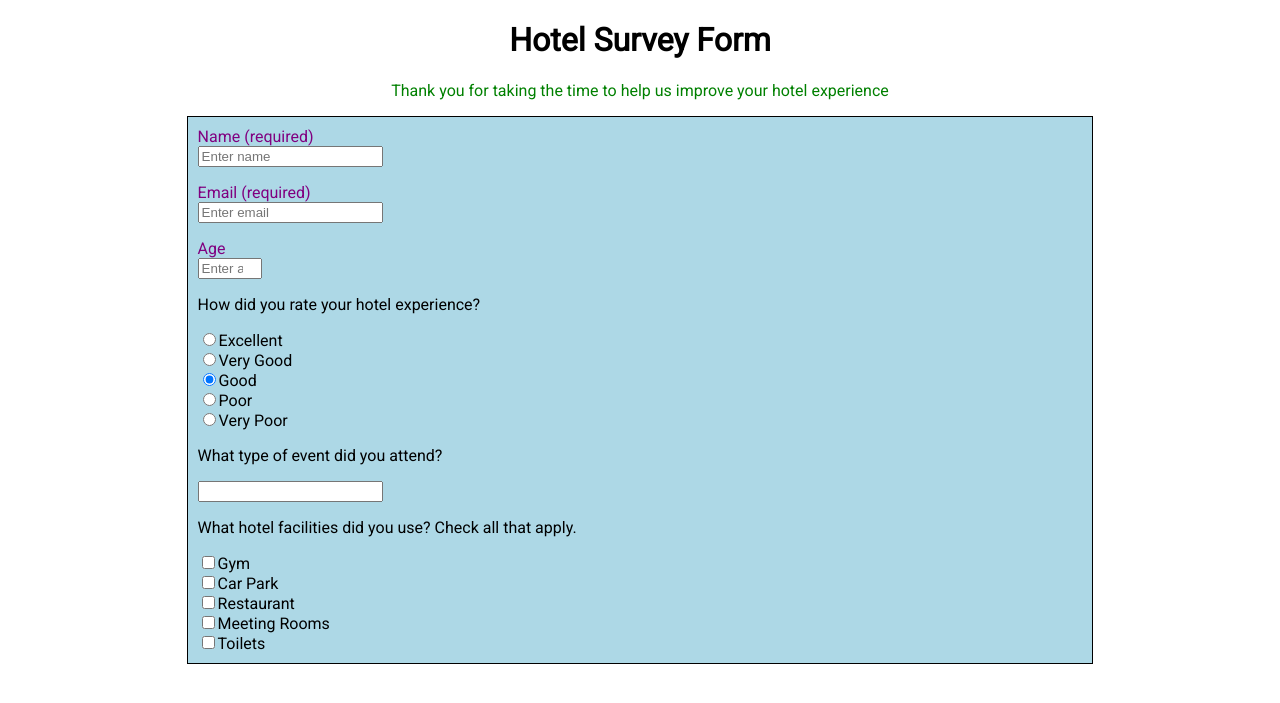
Repository: derektypist/survey-form
Page: index.html
The author's editor kept a record of every edit. The page is drawn from the files as they stood at one moment, then again after the next edit.
The browser window is 1280 px wide. The pictures show the whole page.

Above is the page before.

### index.html
<!DOCTYPE html>
<html lang="en">
<head>
    <meta charset="UTF-8">
    <meta name="viewport" content="width=device-width, initial-scale=1.0">
    <meta http-equiv="X-UA-Compatible" content="ie=edge">
    <title>Hotel Survey Form</title>
    <!-- Load Style Sheets -->
    <link href="https://fonts.googleapis.com/css?family=Roboto&display=swap" rel="stylesheet">
    <style>
        /* Title */
        #title {
            font-family: "Roboto", Arial, Verdana, sans-serif;
            text-align: center;
        }

        /* Description */
        #description {
            font-family: "Roboto", Arial, Verdana, sans-serif;
            text-align: center;
            color: green;
        }

        /* Survey Form */
        #survey-form {
            display: block;
            margin: auto;
            max-width: 70%;
            background-color: lightblue;
            font-family: "Roboto", Arial, Verdana, sans-serif;
            text-align: left;
            padding: 10px;
            border: 1px solid black;
        }

        #name-label {
            color: purple;
        }

        #email-label {
            color: purple;
        }

        #number-label {
            color: purple;
        }


    </style>
</head>
<body>
    <!-- Provide Title and Description -->
    <header>
        <h1 id="title">Hotel Survey Form</h1>
        <p id="description">Thank you for taking the time to help us improve your hotel experience</p>
    </header>

    <!-- Provide Survey Form -->
    <main>
        <section>
            <form id="survey-form">
                <!-- Set up Name Field -->
                <label for="name" id="name-label">Name (required)</label>
                <br>
                <input type="text" id="name" placeholder="Enter name" name="name" required />
                <p></p>

                <!-- Set up Email Field -->
                <label for="email" id="email-label">Email (required)</label>
                <br>
                <input type="email" id="email" placeholder="Enter email" name="email" required />
                <p></p>

                <!-- Set up Age (Number) Field -->
                <label for="number" id="number-label">Age</label>
                <br>
                <input type="number" id="number" placeholder="Enter age (years)" name="number" min="0" max="100">
                <br>

                <!-- Set up Radio Buttons with Default set to Good -->
                <p>How did you rate your hotel experience?</p>
                <input type="radio" name="experience" value="excellent">Excellent
                <br>
                <input type="radio" name="experience" value="verygood">Very Good
                <br>
                <input type="radio" name="experience" value="good" checked>Good
                <br>
                <input type="radio" name="experience" value="poor">Poor
                <br>
                <input type="radio" name="experience" value="verypoor">Very Poor
                <br>

                <!-- Set up Dropdown List (Datalist) -->
                <p>What type of event did you attend?</p>
                <input list="dropdown" name="eventtypes">
                <datalist id="dropdown">
                    <option value="Balls"></option>
                    <option value="City Breaks"></option>
                    <option value="Conferences"></option>
                    <option value="Exhibitions"></option>
                    <option value="Fairs"></option>
                    <option value="Sun Breaks"></option>
                    <option value="Weddings"></option>
                    <option value="Workshops"></option>
                </datalist>

                <!-- Set up Check Boxes -->
                <p>What hotel facilities did you use?  Check all that apply.</p>
                <input type="checkbox" name="facility1" value="Gym">Gym
                <br>
                <input type="checkbox" name="facility2" value="Car Park">Car Park
                <br>
                <input type="checkbox" name="facility3" value="Restaurant">Restaurant
                <br>
                <input type="checkbox" name="facility4" value="Meeting Rooms">Meeting Rooms
                <br>
                <input type="checkbox" name="facility5" value="Toilets">Toilets
                <br>


            </form>
        </section>
    </main>
</body>
</html>

After the next edit:
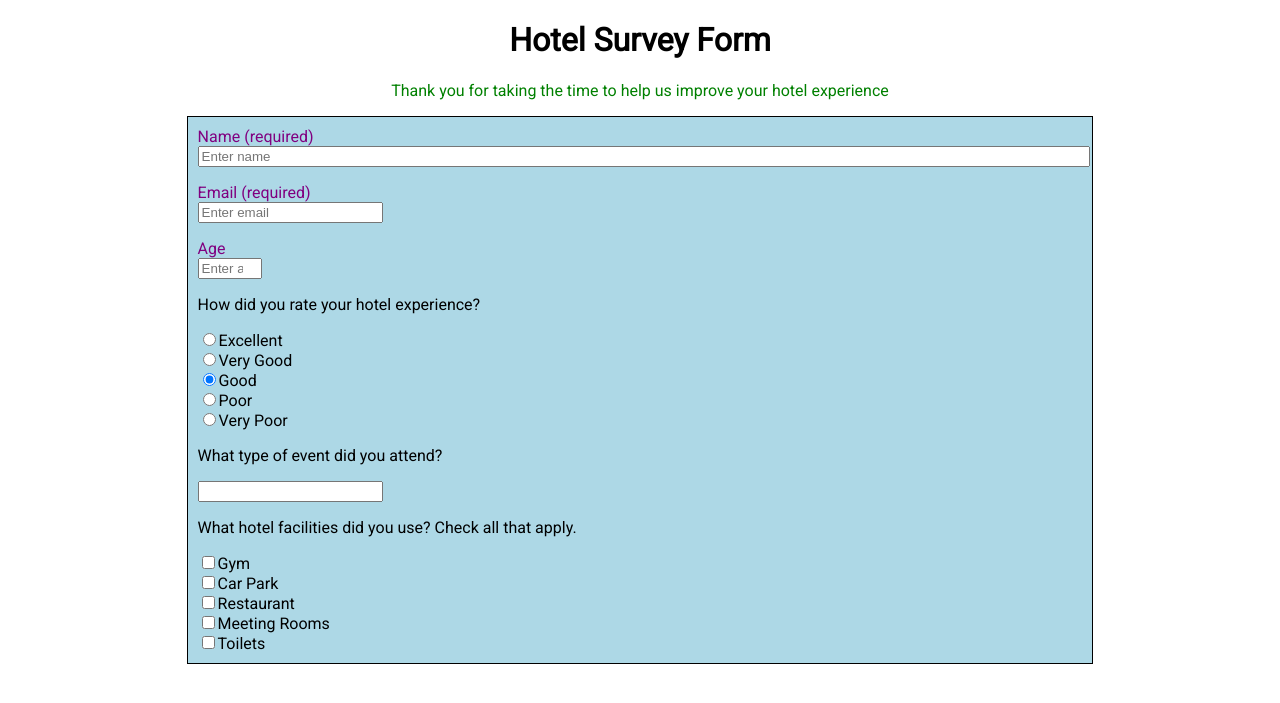
The edit:
--- a/index.html
+++ b/index.html
@@ -45,6 +45,9 @@
             color: purple;
         }
 
+        #name {
+            width: 100%;
+        }
 
     </style>
 </head>
